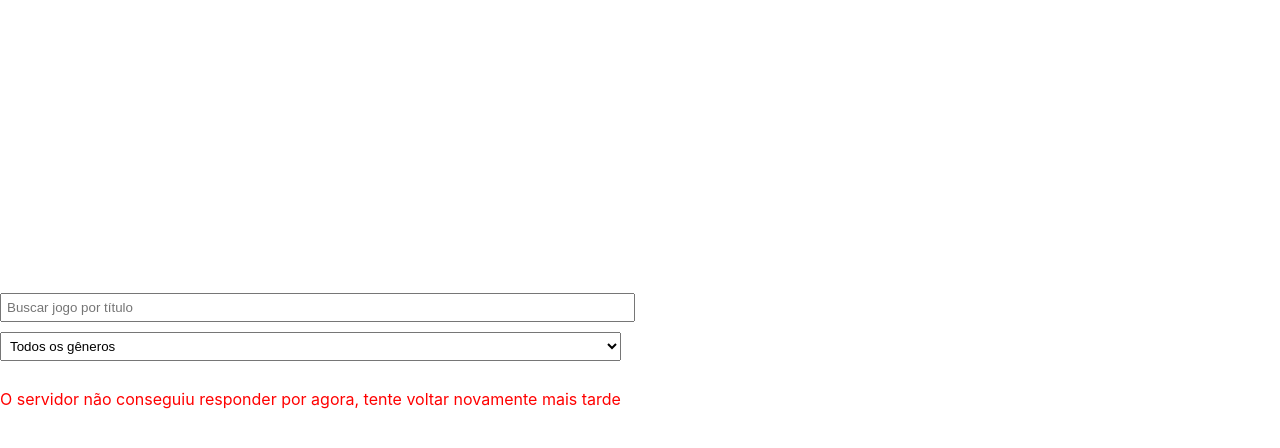
Repository: nlemuel/games-front-test
Page: /
The author's editor kept a copy of each file at every save. The page is drawn from the files as they stood at one save, then again after the next save.
The browser window is 1280 px wide. The pictures show the whole page.
The page's requests for data from a server got no answer. The project was rebuilt for these pictures with package versions that can differ from the ones it lists, and the page was loaded fresh each time. No one was signed in, and anything a server would have sent is missing. Also part of the build but not shown: vite.config.ts.

Above is the page before, as saved 2023-06-25 10:53:15.

### src/App.tsx
import React, { useState, useEffect } from 'react';
import styled from 'styled-components';
import axios, { AxiosResponse } from 'axios';

interface Game {
  id: number;
  title: string;
  genre: string;
  image: string;
}

const API_URL = 'https://games-test-api-81e9fb0d564a.herokuapp.com/api/data/';

const Container = styled.div`
  display: flex;
  flex-wrap: wrap;
  justify-content: center;
`;

const Card = styled.div`
  flex: 0 0 30%;
  margin: 10px;
  padding: 10px;
  background-color: #f2f2f2;
  border-radius: 5px;
`;

const Title = styled.h3`
  margin: 0;
`;

const Image = styled.img`
  width: 50%;
  height: auto;
  margin-bottom: 10px;
`;

const ErrorMessage = styled.p`
  color: red;
`;

const Loader = styled.div`
  display: flex;
  justify-content: center;
  align-items: center;
  height: 200px;
  font-size: 24px;
`;

const SearchBar = styled.input`
  display: flex;
  justify-content: center;
  width: 100%;
  margin-bottom: 10px;
  padding: 5px;
`;

const GenreFilter = styled.select`
  width: 100%;
  margin-bottom: 10px;
  padding: 5px;
`;

const App: React.FC = () => {
  const [loading, setLoading] = useState<boolean>(true);
  const [error, setError] = useState<string>('');
  const [games, setGames] = useState<Game[]>([]);
  const [searchTerm, setSearchTerm] = useState<string>('');
  const [selectedGenre, setSelectedGenre] = useState<string>('');

  useEffect(() => {
    const fetchGames = async () => {
      try {
        setLoading(true);
        setError('');

        const config = {
          headers: {
            'dev-email-address': 'lemuelayres@gmail.com'
          },
        };

        const response: AxiosResponse<Game[]> = await axios.get(API_URL, config);
        setGames(response.data);
      } catch (error: any) {
        if (error.response && error.response.status >= 500 && error.response.status <= 509) {
          setError('O servidor falhou em responder, tente recarregar a página');
        } else {
          setError('O servidor não conseguiu responder por agora, tente voltar novamente mais tarde');
        }
      } finally {
        setLoading(false);
      }
    };

    fetchGames();
  }, []);

  const handleSearch = (event: React.ChangeEvent<HTMLInputElement>) => {
    setSearchTerm(event.target.value);
  };

  const handleGenreChange = (event: React.ChangeEvent<HTMLSelectElement>) => {
    setSelectedGenre(event.target.value);
  };

  const filteredGames = games.filter((game) =>
    game.title.toLowerCase().includes(searchTerm.toLowerCase())
  );

  const filteredGamesByGenre = selectedGenre
    ? filteredGames.filter((game) => game.genre === selectedGenre)
    : filteredGames;

  return (
    <div>
      <SearchBar type="text" placeholder="Buscar jogo por título" onChange={handleSearch} />

      <GenreFilter value={selectedGenre} onChange={handleGenreChange}>
        <option value="">Todos os gêneros</option>
        {[...new Set(games.map((game) => game.genre))].map((genre) => (
          <option key={genre} value={genre}>
            {genre}
          </option>
        ))}
      </GenreFilter>

      {loading ? (
        <Loader>Carregando...</Loader>
      ) : (
        <Container>
          {filteredGamesByGenre.map((game) => (
            <Card key={game.id}>
              <Title>{game.title}</Title>
              <Image src={game.image} alt={game.title} />
            </Card>
          ))}
        </Container>
      )}

      {error && <ErrorMessage>{error}</ErrorMessage>}
    </div>
  );
};

export default App;

Loaded but not shown: index.html (common file); src/main.tsx (common file); src/index.css (common file)

After the next save:
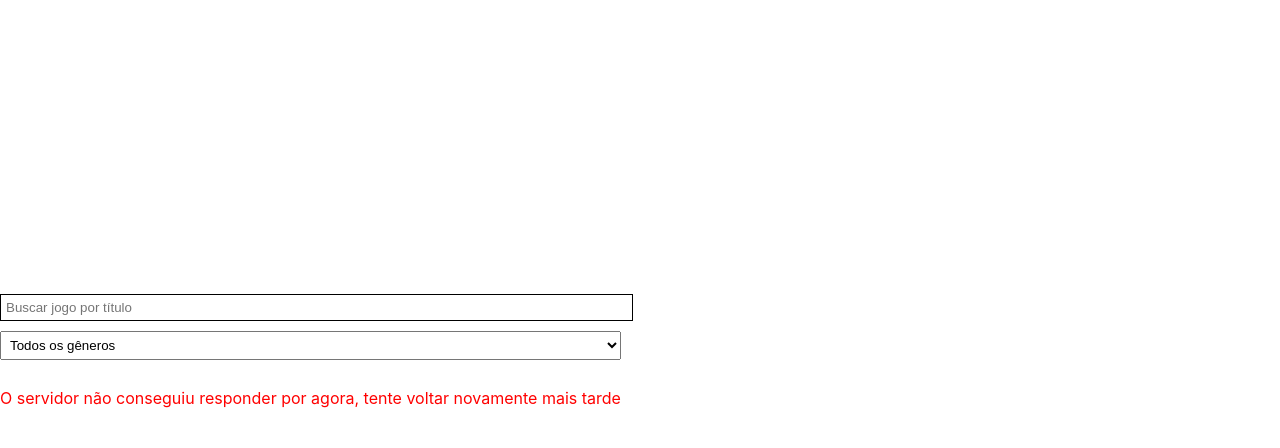
Saved 27 s later.
--- a/src/App.tsx
+++ b/src/App.tsx
@@ -53,6 +53,8 @@
   width: 100%;
   margin-bottom: 10px;
   padding: 5px;
+
+  border: 1px solid;
 `;
 
 const GenreFilter = styled.select`

After the save that followed:
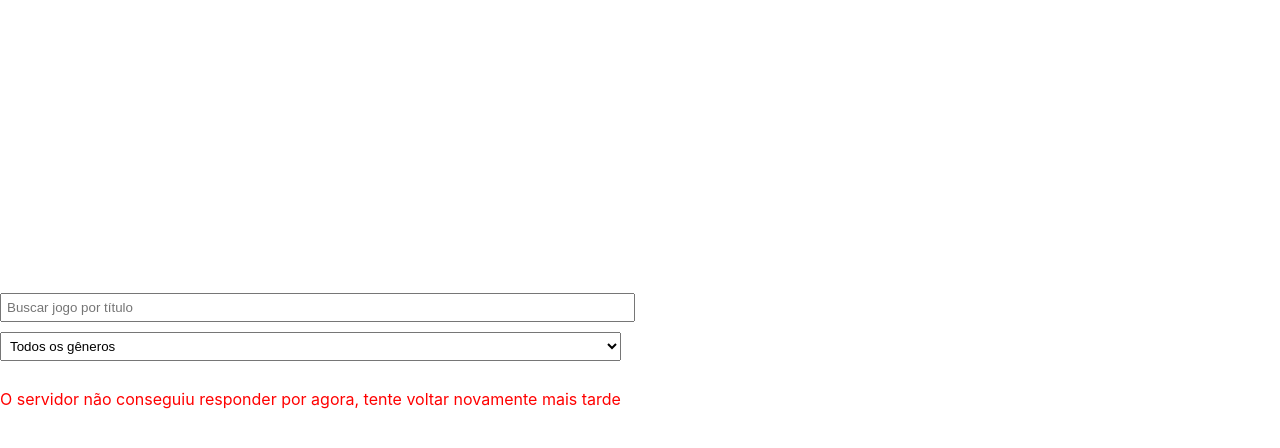
Saved 20 s later.
--- a/src/App.tsx
+++ b/src/App.tsx
@@ -53,8 +53,6 @@
   width: 100%;
   margin-bottom: 10px;
   padding: 5px;
-
-  border: 1px solid;
 `;
 
 const GenreFilter = styled.select`
